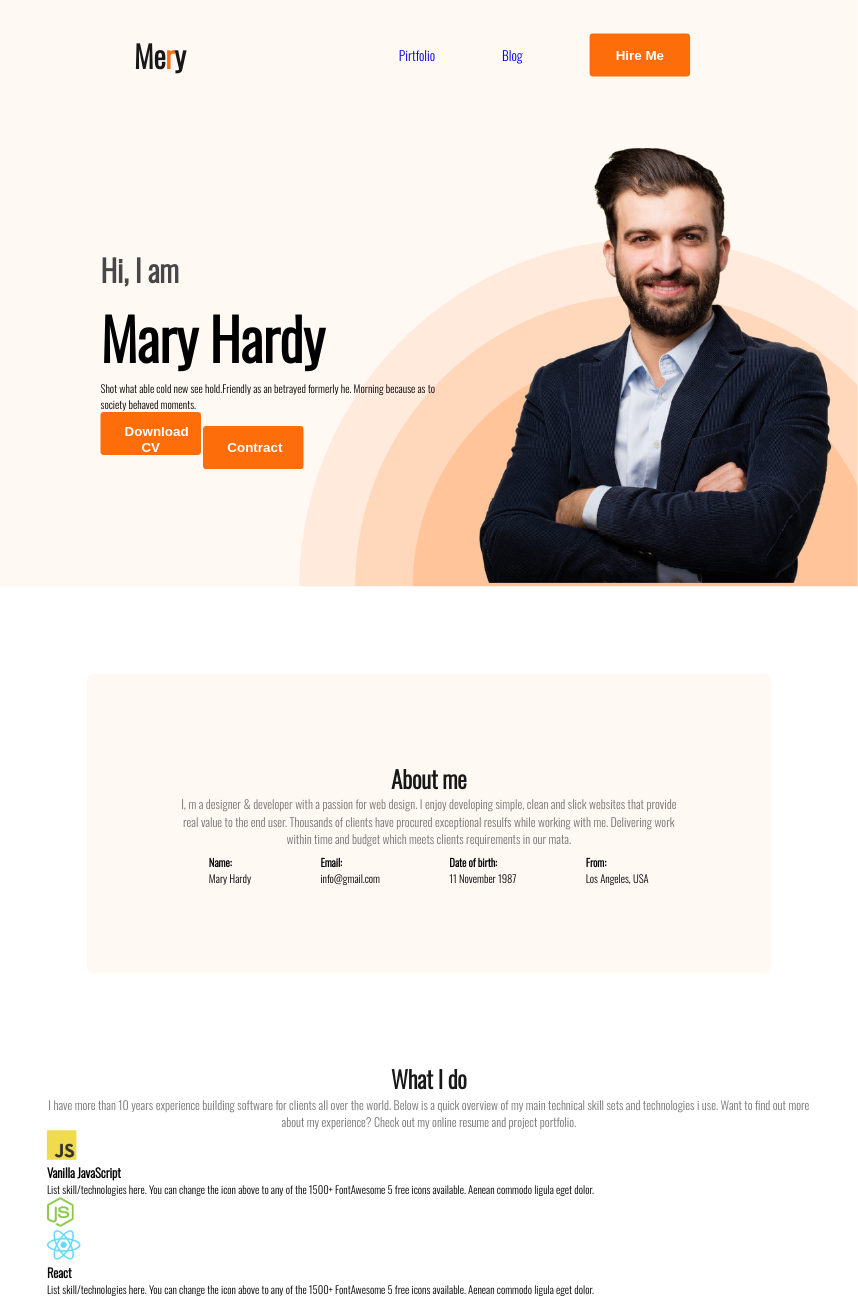
Repository: sumonkumarsarkar/my-website-personal
Page: index.html
An editor plug-in stored every save of this project. The page is shown before and after the next save, followed by the edit.
The browser window is 1280 px wide. The pictures show the whole page, at 67% of full size.

Above is the page before, as saved 2024-01-06 13:06:51.

After the next save:
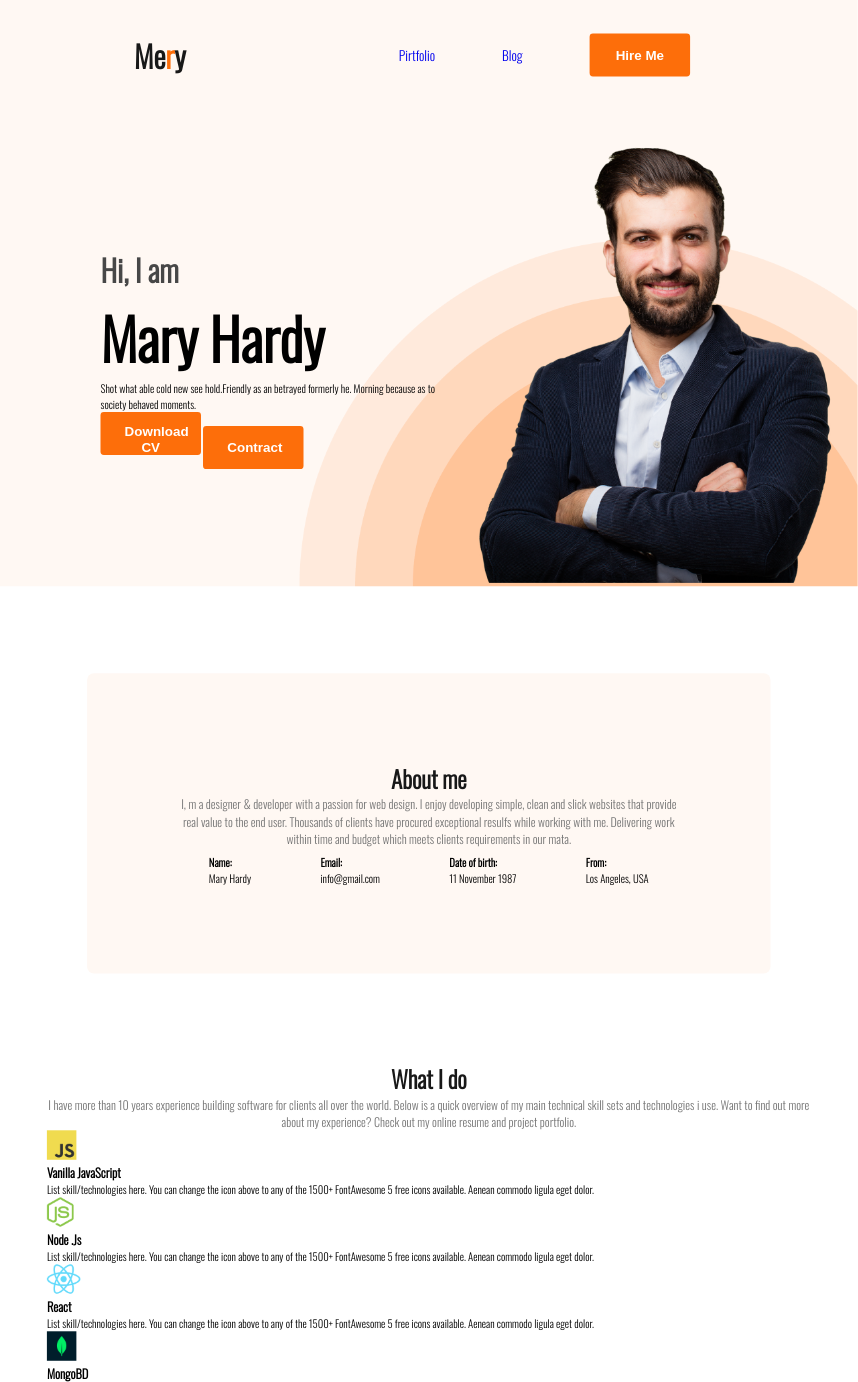
Saved 49 s later.
--- a/index.html
+++ b/index.html
@@ -83,8 +83,10 @@
          </div>
          <div class="skill">
             <img src="./images/icons/nodejs.png" alt="">
-            <h3 class="skill-title"></h3>
-            <p class="skill-description"></p>
+            <h3 class="skill-title">Node .Js</h3>
+            <p class="skill-description">
+                List skill/technologies here. You can change the icon above to any of the 1500+ FontAwesome 5 free icons available. Aenean commodo ligula eget dolor.
+            </p>
          </div>
          <div class="skill">
             <img src="./images/icons/react.png" alt="">
@@ -94,8 +96,8 @@
             </p>
          </div>
          <div class="skill">
-            <img src="" alt="">
-            <h3 class="skill-title"></h3>
+            <img src="./images/icons/mongo.png" alt="">
+            <h3 class="skill-title">MongoBD</h3>
             <p class="skill-description"></p>
          </div>
    </div>
